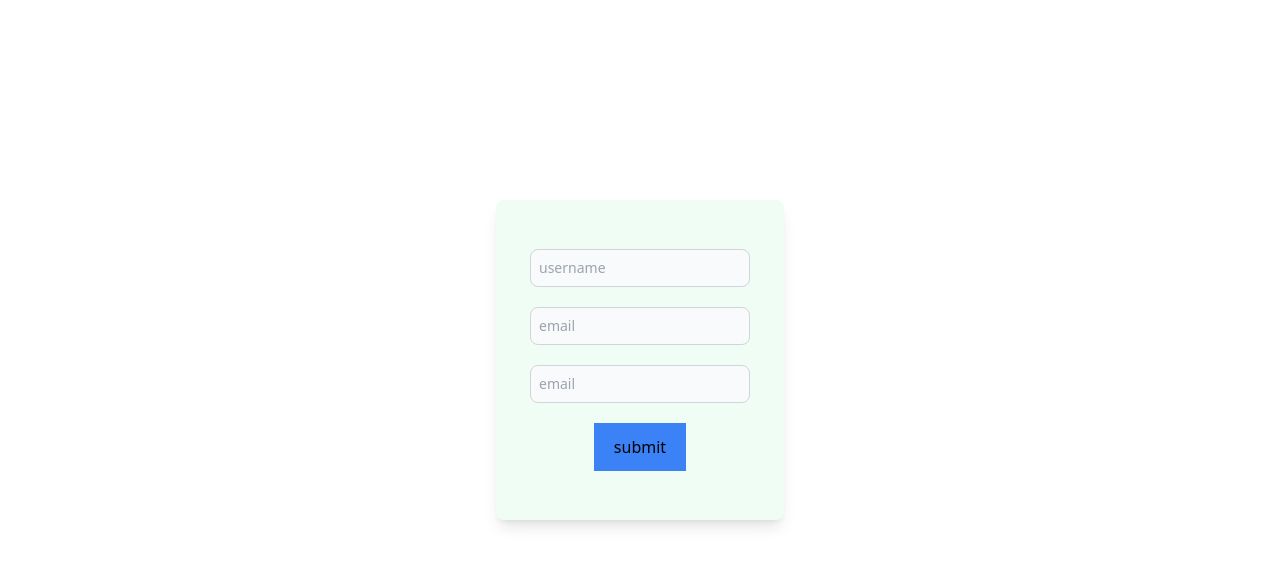
Repository: Emy-gold/alx-fe-reactjs
Page: / (app in form-handling-react/)
These files come from the project's save history. The page is drawn as it stood at one moment and after the next save; the edit follows.
The browser window is 1280 px wide. The pictures show the whole page.
The project was rebuilt for these pictures with package versions that can differ from the ones it lists, and the page was loaded fresh each time. Also part of the build but not shown: form-handling-react/vite.config.js.

Above is the page before, as saved 2025-08-22 22:01:09.

### form-handling-react/src/App.jsx
import React from 'react';
import RegistrationForm from './components/RegistrationForm';

function App() {
  return (
    <>
      <RegistrationForm />
    </>
  )
}

export default App

### form-handling-react/src/components/RegistrationForm.jsx
import React from 'react';
import { useState } from 'react';

function RegistrationForm() {

    const [formData, setFormData] = useState({ username: '', email: '', password: '' });

    const handleChange = (e) => {
        const { name, value } = e.target;
        setFormData(prevState => ({ ...prevState, [name]: value }));
    }

    const handleSubmit = (e) => {
        e.preventDefault();
        console.log(formData);
    }

    return (
        <div className='flex w-full mx-auto h-screen justify-center items-center'>
            <form onSubmit={handleSubmit} className='flex flex-col justify-center items-center w-72 h-80 rounded-lg shadow-lg bg-green-50 p-10'>
                <input
                    type="text"
                    name="username"
                    value={formData.name}
                    onChange={handleChange}
                    placeholder='username'
                    className='bg-gray-50 border border-gray-300 text-gray-900 text-sm p-2 rounded-lg mb-5'
                />
                <input
                    type="email"
                    name="email"
                    value={formData.email}
                    onChange={handleChange}
                    placeholder='email'
                    className='bg-gray-50 border border-gray-300 text-gray-900 text-sm p-2 rounded-lg mb-5'
                />
                <input
                    type="password"
                    name="password"
                    value={formData.password}
                    onChange={handleChange}
                    placeholder='email'
                    className='bg-gray-50 border border-gray-300 text-gray-900 text-sm p-2 rounded-lg mb-5'
                />
                <button type='submit' className='bg-blue-500 py-3 px-5'>submit</button>
            </form>
        </div>
    )
}

export default RegistrationForm

Loaded but not shown: form-handling-react/index.html (common file); form-handling-react/src/main.jsx (common file); form-handling-react/src/index.css (common file); form-handling-react/tailwind.config.js (common file)

After the next save:
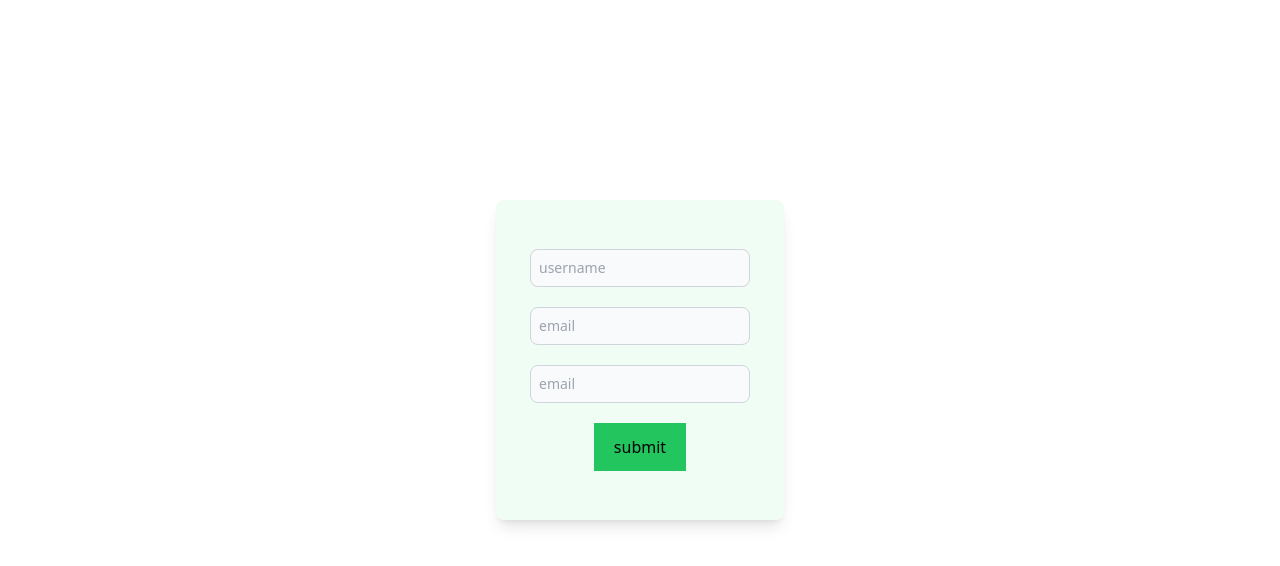
Saved 16 s later.
--- a/form-handling-react/src/components/RegistrationForm.jsx
+++ b/form-handling-react/src/components/RegistrationForm.jsx
@@ -42,7 +42,7 @@ function RegistrationForm() {
                     placeholder='email'
                     className='bg-gray-50 border border-gray-300 text-gray-900 text-sm p-2 rounded-lg mb-5'
                 />
-                <button type='submit' className='bg-blue-500 py-3 px-5'>submit</button>
+                <button type='submit' className='bg-green-500 py-3 px-5'>submit</button>
             </form>
         </div>
     )
